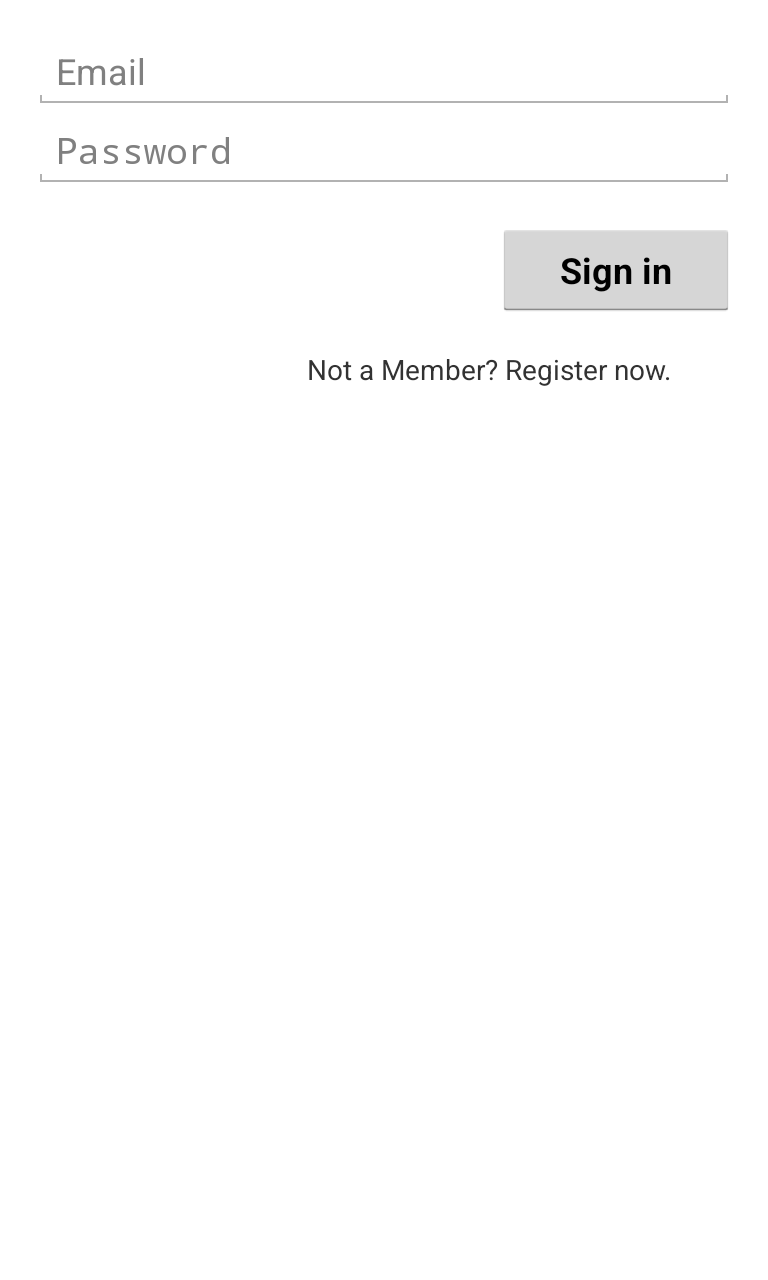
Repository: nicolas2lee/SpO2
Layout: HelathDetectorVersionEclipse/res/layout/activity_spo2_login.xml
These files come from the project's save history. The layout is drawn as it stood at one moment and after the next save; the edit follows.
It is drawn on a 768 x 1280 px phone screen (xhdpi) without system bars, with theme AppTheme; the app's code is not run.

Above is the layout before, as saved 2016-01-21 16:56:21.

### HelathDetectorVersionEclipse/res/layout/activity_spo2_login.xml
<merge xmlns:android="http://schemas.android.com/apk/res/android"
    xmlns:tools="http://schemas.android.com/tools"
    tools:context=".LoginActivity" >

    <!-- Login progress -->

    <LinearLayout
        android:id="@+id/login_status"
        android:layout_width="wrap_content"
        android:layout_height="wrap_content"
        android:layout_gravity="center"
        android:gravity="center_horizontal"
        android:orientation="vertical"
        android:visibility="gone" >

        <ProgressBar
            style="?android:attr/progressBarStyleLarge"
            android:layout_width="wrap_content"
            android:layout_height="wrap_content"
            android:layout_marginBottom="8dp" />

        <TextView
            android:id="@+id/login_status_message"
            android:layout_width="wrap_content"
            android:layout_height="wrap_content"
            android:layout_marginBottom="16dp"
            android:fontFamily="sans-serif-light"
            android:text="@string/login_progress_signing_in"
            android:textAppearance="?android:attr/textAppearanceMedium" />
    </LinearLayout>

    <!-- Login form -->

    <ScrollView
        android:id="@+id/login_form"
        android:layout_width="match_parent"
        android:layout_height="match_parent" >

        <LinearLayout
            style="@style/LoginFormContainer"
            android:orientation="vertical" >

            <EditText
                android:id="@+id/email"
                android:layout_width="match_parent"
                android:layout_height="wrap_content"
                android:hint="@string/prompt_email"
                android:inputType="textEmailAddress"
                android:maxLines="1"
                android:singleLine="true" />

            <EditText
                android:id="@+id/password"
                android:layout_width="match_parent"
                android:layout_height="wrap_content"
                android:hint="@string/prompt_password"
                android:imeActionId="@+id/login"
                android:imeActionLabel="@string/action_sign_in"
                android:imeOptions="actionUnspecified"
                android:inputType="textPassword"
                android:maxLines="1"
                android:singleLine="true" />

            <Button
                android:id="@+id/sign_in_button"
                android:layout_width="wrap_content"
                android:layout_height="wrap_content"
                android:layout_gravity="right"
                android:layout_marginTop="16dp"
                android:paddingLeft="32dp"
                android:paddingRight="32dp"
                android:text="@string/action_sign_in" />

             <TextView
                android:id="@+id/register_text"
                android:layout_width="wrap_content"
                android:layout_height="wrap_content"
                android:layout_gravity="right"
                android:layout_marginTop="16dp"
                android:paddingLeft="32dp"
                android:paddingRight="32dp"
                android:text="@string/action_register_text" />
        </LinearLayout>
    </ScrollView>

</merge>

### HelathDetectorVersionEclipse/res/values/styles.xml
<?xml version="1.0" encoding="utf-8"?>
<resources>

    <!--
        Base application theme, dependent on API level. This theme is replaced
        by AppBaseTheme from res/values-vXX/styles.xml on newer devices.
    -->
    <style name="AppBaseTheme" parent="android:Theme.Light">
        <!--
            Theme customizations available in newer API levels can go in
            res/values-vXX/styles.xml, while customizations related to
            backward-compatibility can go here.
        -->
    </style>

    <!-- Application theme. -->
    <style name="AppTheme" parent="AppBaseTheme">
        <!-- All customizations that are NOT specific to a particular API-level can go here. -->
    </style>

    <style name="LoginFormContainer">
        <item name="android:layout_width">match_parent</item>
        <item name="android:layout_height">wrap_content</item>
        <item name="android:padding">16dp</item>
    </style>
    <style name="RegisterFormContainer">

    </style>

</resources>

### HelathDetectorVersionEclipse/res/values/strings_activity_spo2_login.xml
<?xml version="1.0" encoding="utf-8"?>
<resources>
        <!-- Strings related to login -->
    <string name="prompt_username">Username</string>
    <string name="prompt_email">Email</string>
    <string name="prompt_password">Password</string>
    <string name="action_sign_in"><b>Sign in</b></string>
    <string name="action_register_text">Not a Member? Register now.</string>
    <string name="menu_forgot_password">Recover lost password</string>
    <string name="login_progress_signing_in">Signing in&#8230;</string>
    <string name="error_invalid_email">This email address is invalid</string>
    <string name="error_invalid_password">This password is too short</string>
    <string name="error_incorrect_password">This password is incorrect</string>
    <string name="error_field_required">This field is required</string>
</resources>

### HelathDetectorVersionEclipse/res/values/strings.xml
<?xml version="1.0" encoding="utf-8"?>
<resources>

    <string name="app_name">Health ENSTA B OpenLab</string>
    <string name="hello_world">Hello world!</string>
    <string name="menu_settings">Settings</string>
    <string name="title_activity_gui">GUI</string>
    <string name="title_activity_register">Register</string>
    <string name="action_show_chart">Show Chart</string>
    <string name="title_activity_real_time_chart">RealTimeChart</string>

</resources>

Loaded but not shown: HelathDetectorVersionEclipse/res/values-v11/styles.xml (common file); HelathDetectorVersionEclipse/res/values-v14/styles.xml (common file)

After the next save:
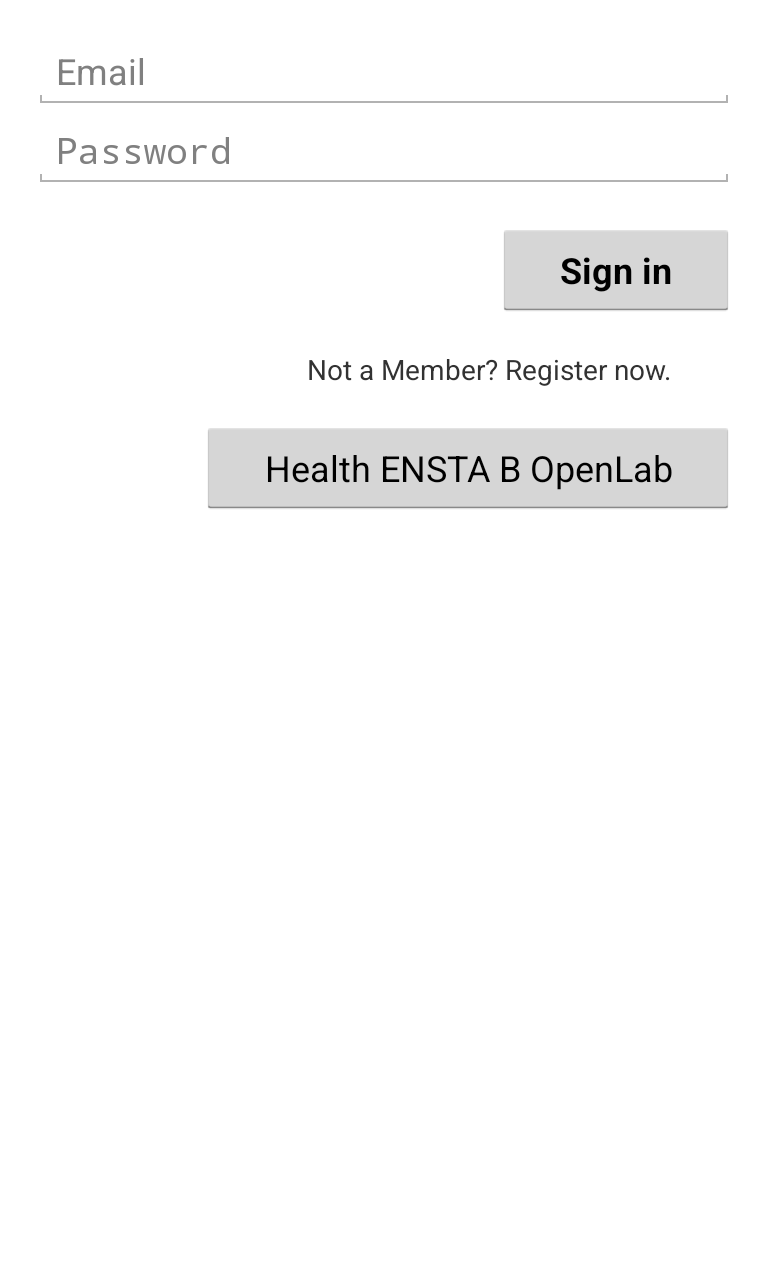
Saved 49 s later.
--- a/HelathDetectorVersionEclipse/res/layout/activity_spo2_login.xml
+++ b/HelathDetectorVersionEclipse/res/layout/activity_spo2_login.xml
@@ -80,6 +80,15 @@
                 android:paddingLeft="32dp"
                 android:paddingRight="32dp"
                 android:text="@string/action_register_text" />
+                 <Button
+        android:id="@+id/test"
+        android:layout_width="wrap_content"
+        android:layout_height="wrap_content"
+        android:layout_gravity="right"
+        android:layout_marginTop="16dp"
+        android:paddingLeft="32dp"
+        android:paddingRight="32dp"
+        android:text="@string/app_name" />
         </LinearLayout>
     </ScrollView>
 
